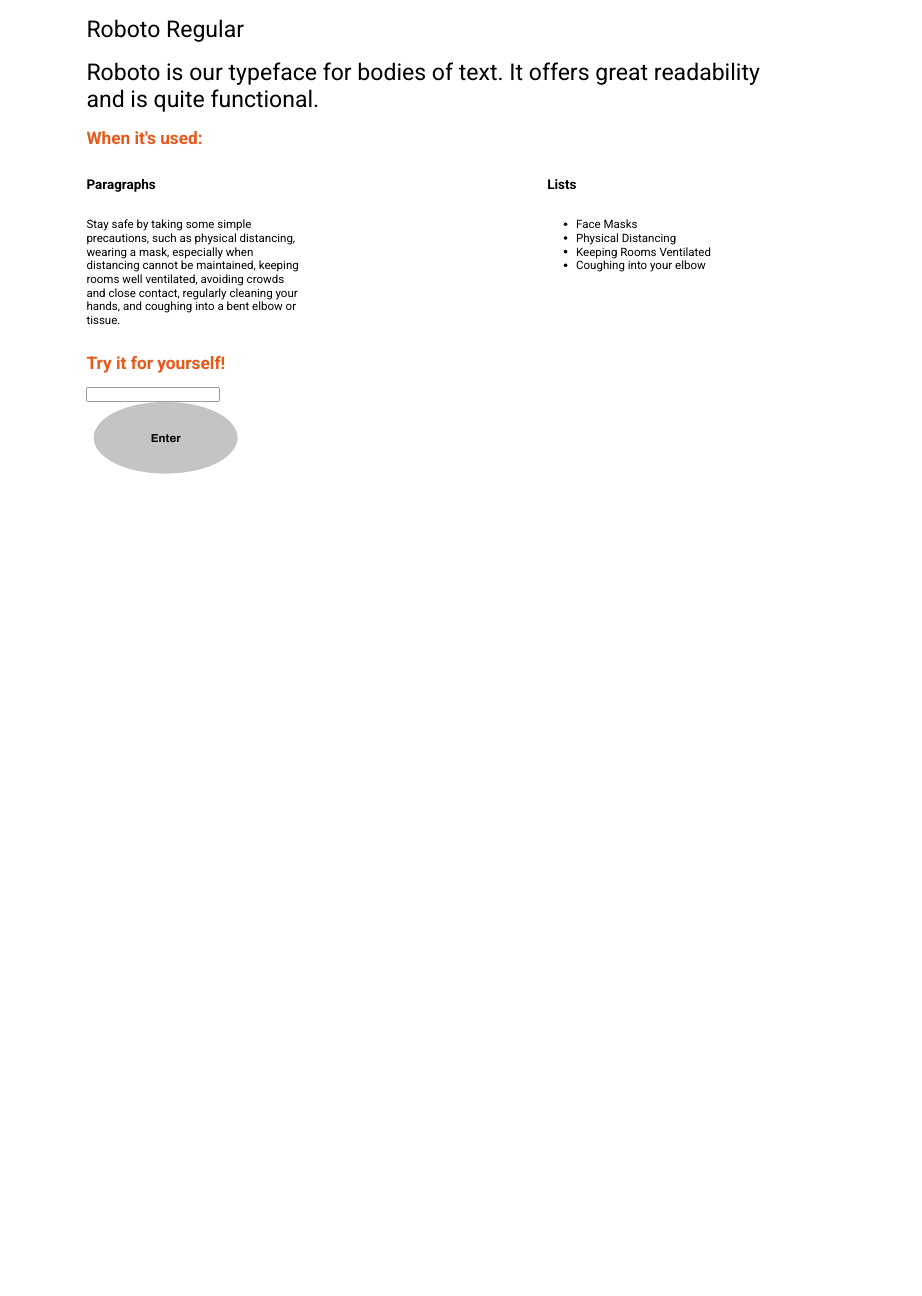
Repository: Levic559/bird-styleguide
Page: typography/index.html
An editor plug-in stored every save of this project. The page is shown before and after the next save, followed by the edit.
The browser window is 1280 px wide. The pictures show the whole page, at 72% of full size.

Above is the page before, as saved 2021-03-22 05:27:21.

### typography/index.html
<!DOCTYPE html>
<html>
    <head>
        <title>
            Typography
        </title>
        <link rel="preconnect" href="https://fonts.gstatic.com">
        <link href="https://fonts.googleapis.com/css2?family=Archivo:wght@700&family=Roboto:wght@400;700&display=swap" rel="stylesheet">
        <link href="style.css" rel="stylesheet">
    </head>
    <body>
        <div class="main">
            <div class="fontcontainer">
                <h1 class="Roboto">Roboto Regular</h1>
                <h1 class="Roboto">Roboto is our typeface for bodies of text. It offers great readability and is quite functional.</h1>
                <h2 class="Orange">When it's used:</h3>
                <div class="examplescontainer">
                    <div class="column">
                        <h3>Paragraphs</h3>
                        <p>
                            Stay safe by taking some simple precautions, such as physical distancing, wearing a mask, especially when distancing cannot be maintained, keeping rooms well ventilated, avoiding crowds and close contact, regularly cleaning your hands, and coughing into a bent elbow or tissue.
                        </p>
                    </div>
                    <div class="column">
                        <h3>Lists</h3>
                        <ul>
                            <li>Face Masks</li>
                            <li>Physical Distancing</li>
                            <li>Keeping Rooms Ventilated</li>
                            <li>Coughing into your elbow</li>
                        </ul>
                    </div>
                </div>

                <h2 class="Orange">Try it for yourself!</h2>
                <input type="text" id="test1"></input>
                <div class="inputcontainer">
                    <div class="enter">Enter</div>
                    <h1 class="Roboto"></h1>
                </div>

            </div>


        </div>
    </body>
</html>

### typography/style.css
body {
    margin: 0px;
    padding: 0px;
    box-sizing: border-box;
}

.main {
    width: 100vw;
    height: 250vh;
    display: flex;
    flex-direction: column;
    justify-content: flex-start;
    font-family: Roboto;
}

.fontcontainer {
    margin-left: 120px;
    width: 940px;
}

.Roboto {
    font-family: Roboto;
    font-weight: normal;
}

.Orange {
    color: #E95719;
    font-family: Roboto;
}

.examplescontainer {
    display: flex;
    justify-content: space-between;
}

.column {
    width: 300px;
    display: flex;
    flex-direction: column;
}

.inputcontainer {
    display: flex;
}

.enter {
    width: 200px;
    height: 100px;
    background-color: #C4C4C4;
    color: black;
    font-family: Archivo;
    font-weight: bold;
    display: flex;
    justify-content: center;
    align-items: center;
    border-radius: 50%;
    margin-left: 10px;
}

.enter:hover{
    border: #545454 1px solid;
}


.seporator {

}

After the next save:
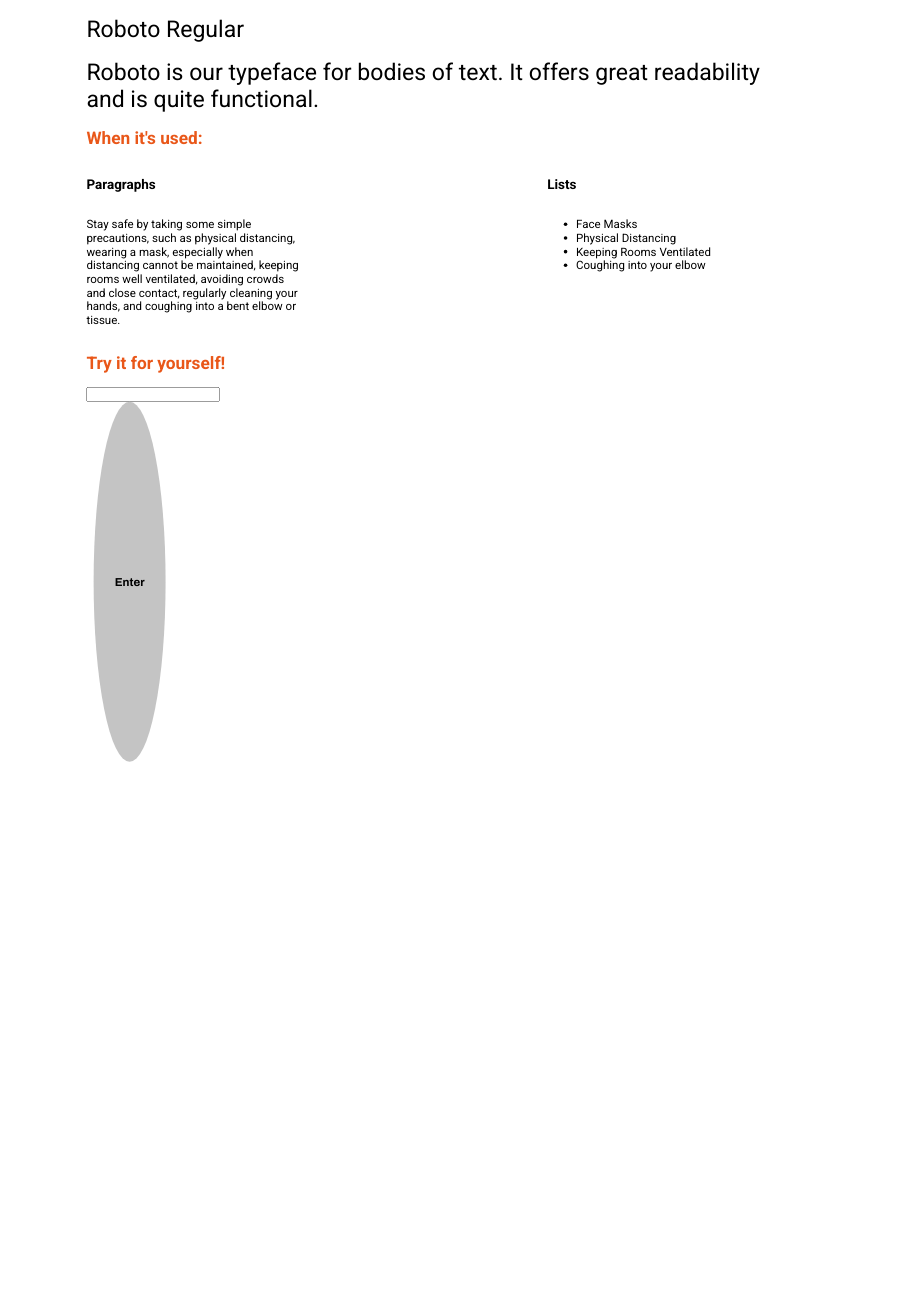
Saved 8 s later.
--- a/typography/style.css
+++ b/typography/style.css
@@ -44,8 +44,8 @@
 }
 
 .enter {
-    width: 200px;
-    height: 100px;
+    width: 100px;
+    height: 500px;
     background-color: #C4C4C4;
     color: black;
     font-family: Archivo;
